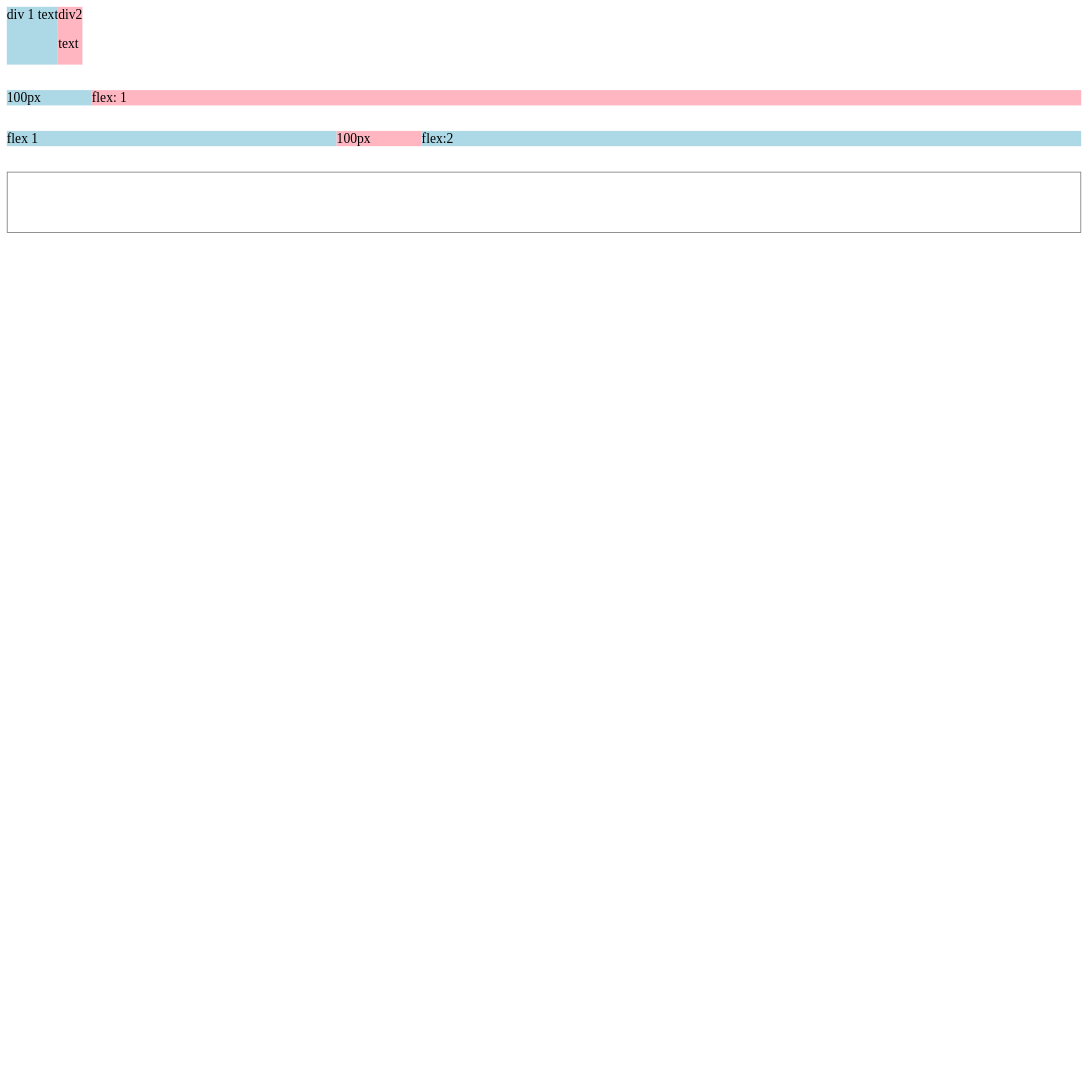
Repository: knowledgeAlan/html-css-twelve
Page: flexbox.html
The author's editor kept a copy of each file at every save. The page is drawn from the files as they stood at one save, then again after the next save.
The browser window is 1280 px wide. The pictures show the whole page, at 85% of full size.

Above is the page before, as saved 2024-03-11 17:20:52.

After the next save:
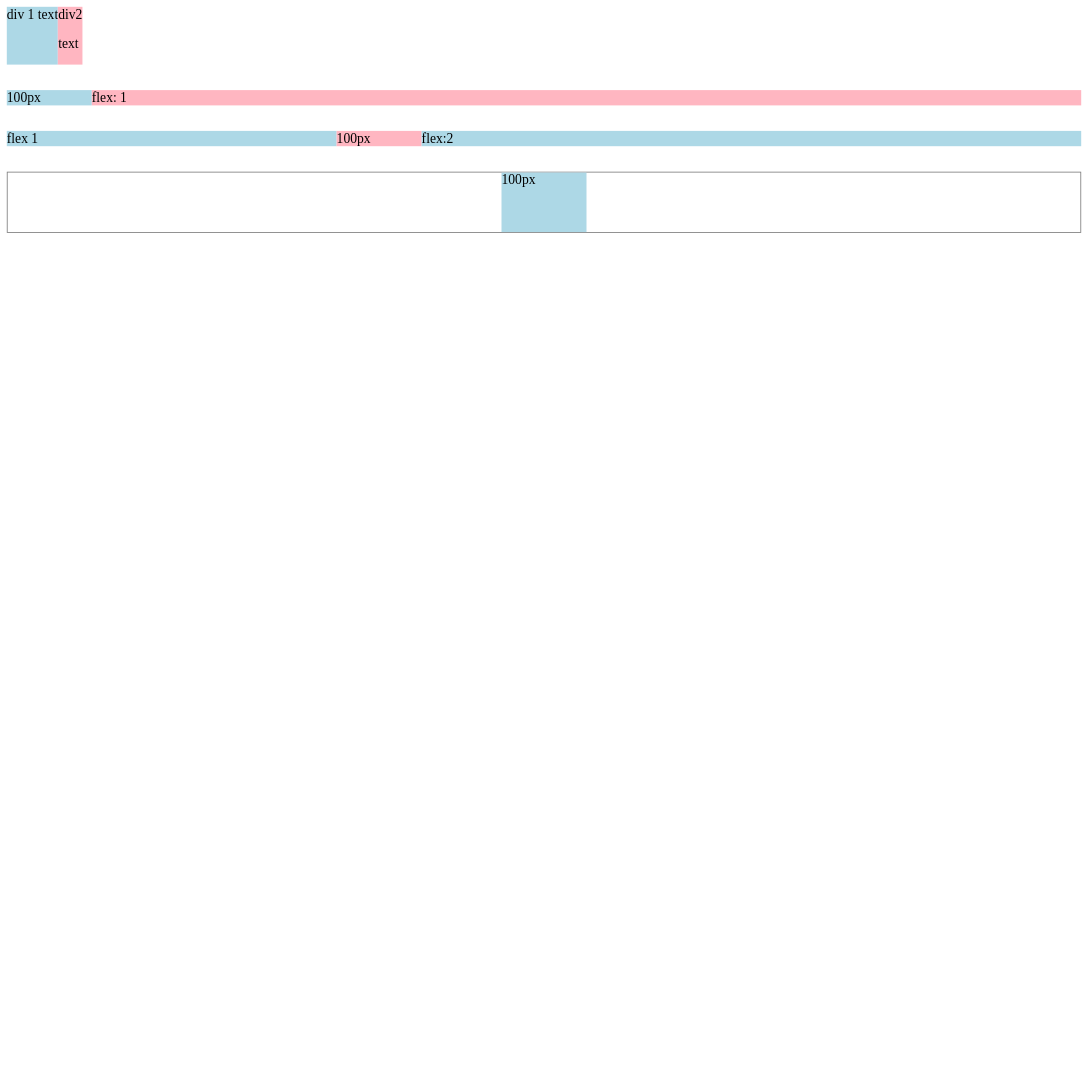
Saved 40 s later.
--- a/flexbox.html
+++ b/flexbox.html
@@ -76,6 +76,12 @@
             justify-content: center;
         ">
 
+
+        <div style="background-color:  lightblue;
+            width: 100px;
+        ">
+          100px
+        </div>
         </div>
 
     </body>
